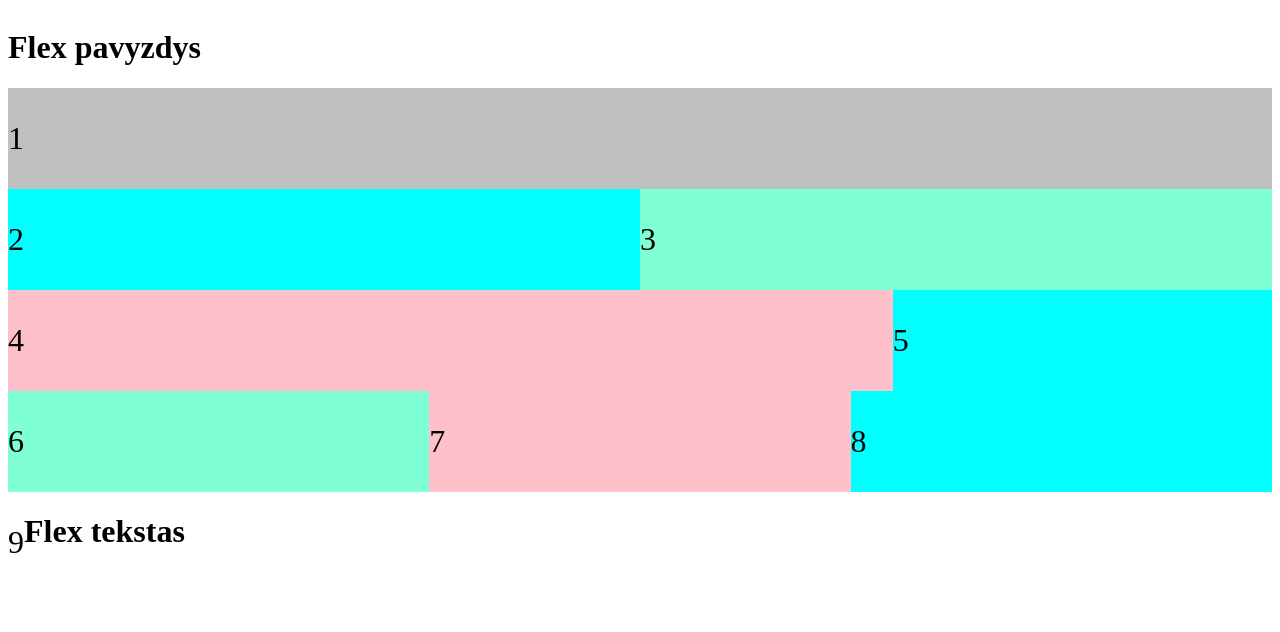
Repository: motiejus1/06-paskaita-invest
Page: index.html
The author's editor kept a copy of each file at every save. The page is drawn from the files as they stood at one save, then again after a run of saves.
The browser window is 1280 px wide. The pictures show the whole page.

Above is the page before, as saved 2021-06-09 19:46:00.

After the next 3 saves:
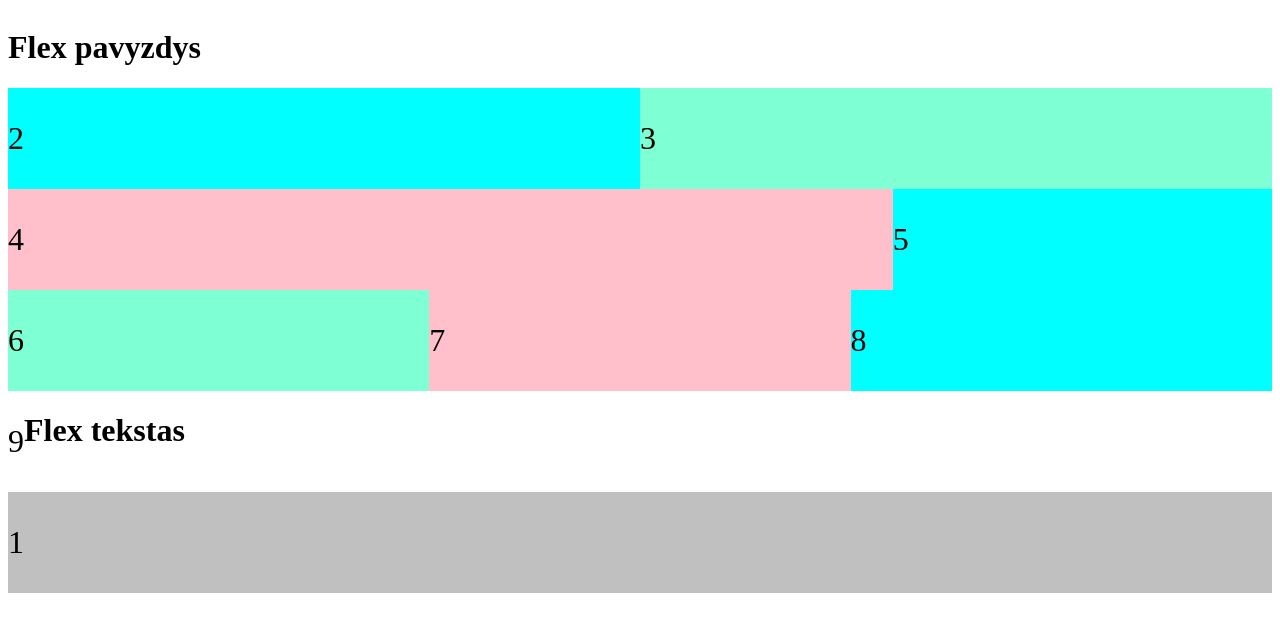
The 3 saves are shown as one change because they came seconds apart.
The last was saved 2 min 32 s later.
--- a/index.html
+++ b/index.html
@@ -91,6 +91,10 @@
             width: 33.33%;
         }
 
+        .flex-item-1 {
+            order: 1;
+        }
+
 
         .zydra {
             background-color:aqua;
